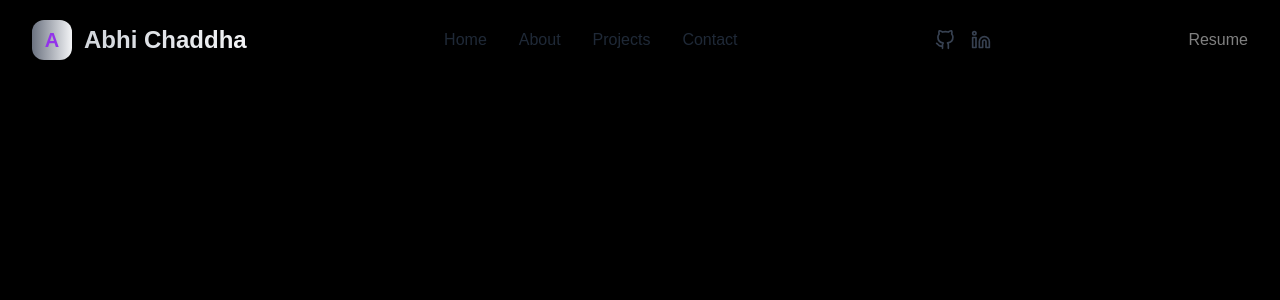
Repository: 532ab/portfolio-website
Page: /
An editor plug-in stored every save of this project. The page is shown before and after the next save, followed by the edit.
The browser window is 1280 px wide. The pictures show the whole page.
The project was rebuilt for these pictures with package versions that can differ from the ones it lists, and the page was loaded fresh each time. Also part of the build but not shown: vite.config.js.

Above is the page before, as saved 2026-01-25 12:17:38.

After the next save:
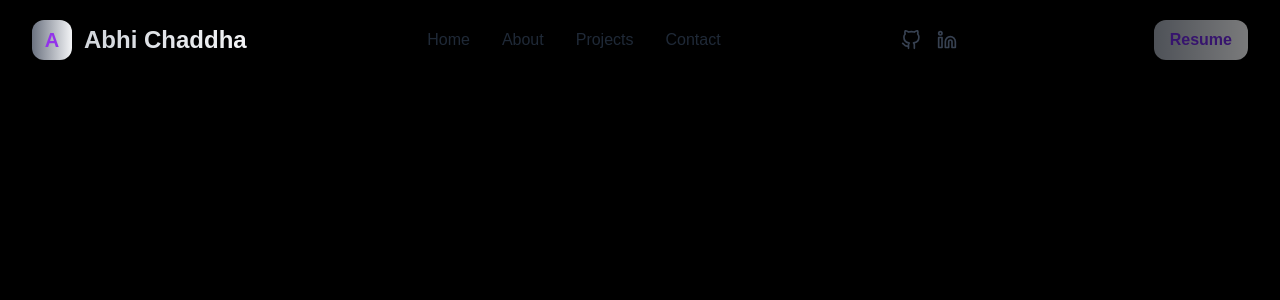
Saved 114 s later.
--- a/src/components/Header.jsx
+++ b/src/components/Header.jsx
@@ -78,7 +78,7 @@
         intial = {{ opacity: 0.5, scale: 0.5}}
         animate = {{opacity: 0.5, scale: 1}}
         transition = {{ delay: 1.2, duration: 0.8, type: "spring"}}
-        className = "dark-text-blue-300 hover:text-violet-500 dark:hover:text-blue-700 transition-all duration-500">
+        className = "ml-4 px-4 py-2 rounded-xl bg-gradient-to-r from-gray-400 to-gray-100 text-violet-700 font-bold hover:from-violet-700 font-bold hover:from-violet-700 hover:to-purple-700 hover:text-white transition-all duration-500">
             Resume
         </motion.button>
         </div>
